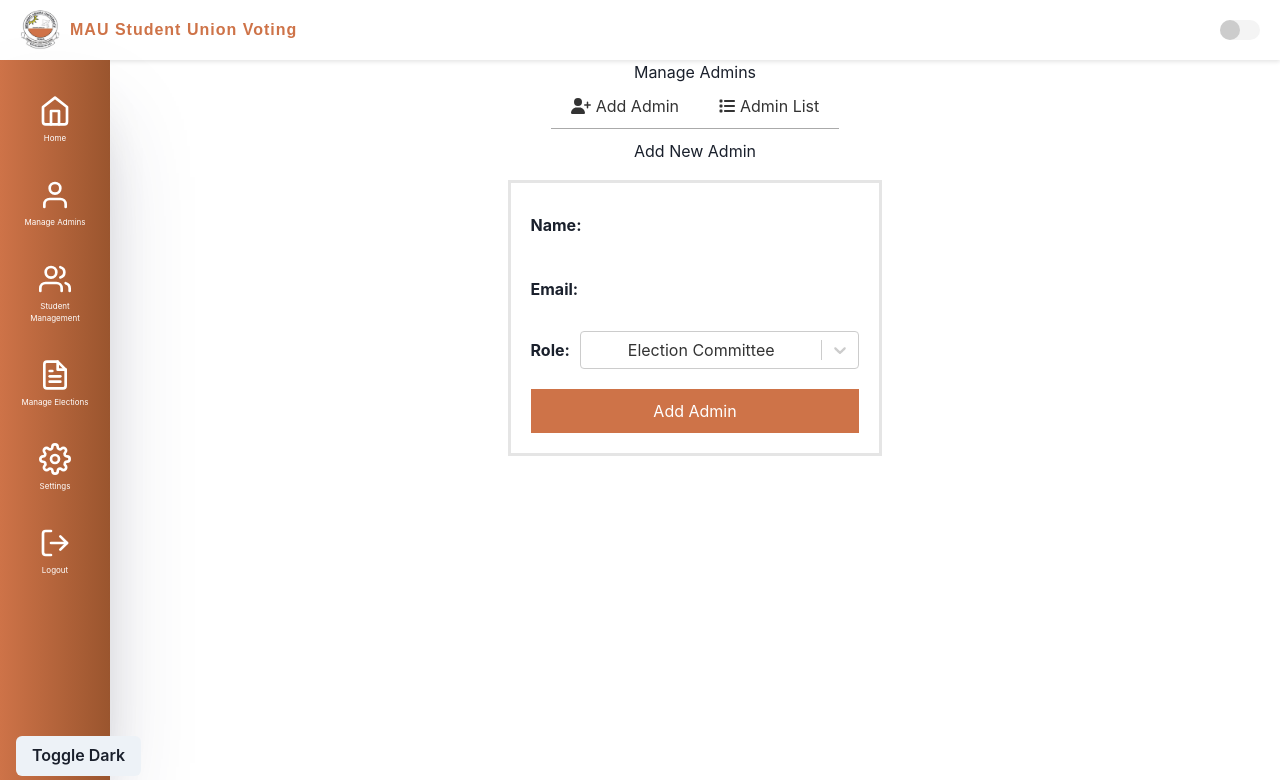
Repository: joena1o/e-vote
Page: /admin-dashboard/manage-admin
An editor plug-in stored every save of this project. The page is shown before and after the next save, followed by the edit.
The browser window is 1280 px wide. The pictures show the whole page.
The project was rebuilt for these pictures with package versions that can differ from the ones it lists, and the page was loaded fresh each time. Also part of the build but not shown: src/components/EnhancedLogin.js, src/components/maincontent/RegisterStudents/ManageStudents.js, src/components/maincontent/RegisterStudents/RegisterStudents.js, src/components/maincontent/RegisterStudents/StudentManagement.js, src/components/maincontent/ElectionResults/ViewResults.js, src/components/maincontent/Settings/Settings.js, src/api/index.js, src/components/maincontent/home/Home.styles.js and 5 more.

Above is the page before, as saved 2023-10-20 15:00:01.

After the next save:
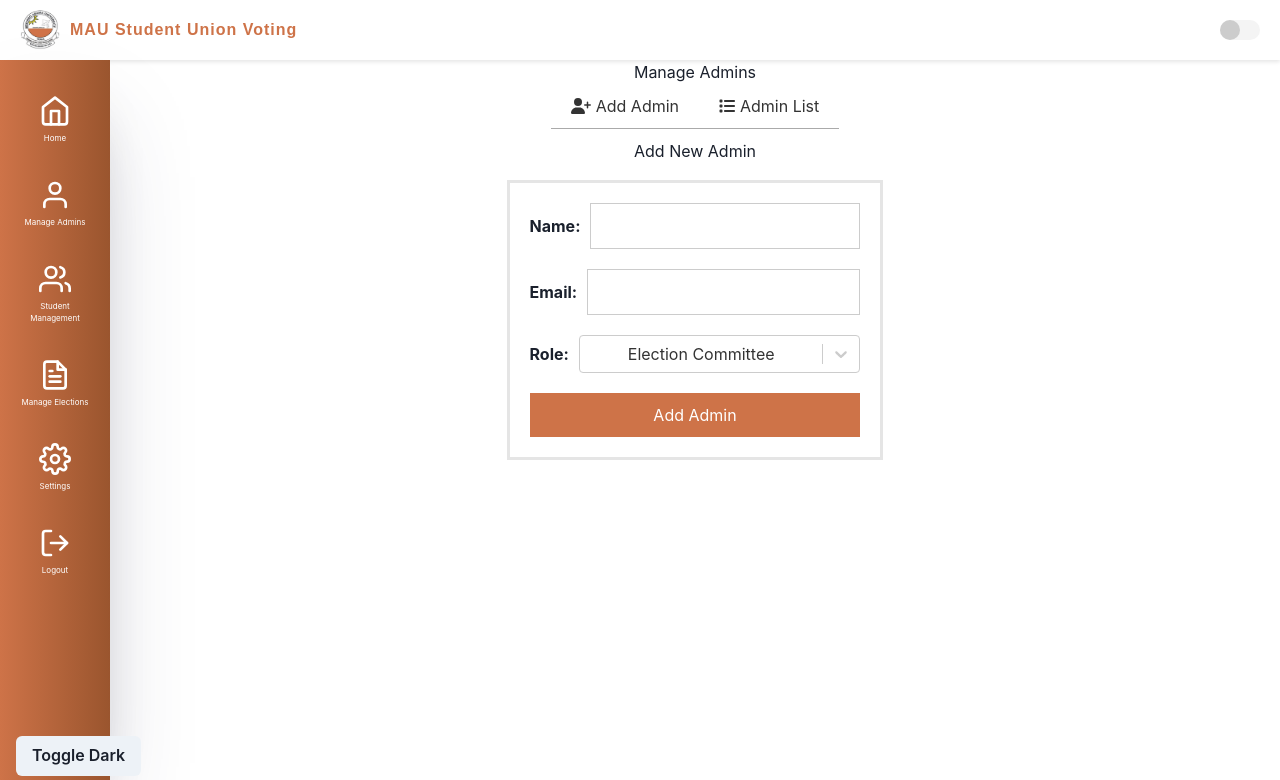
Saved 104 s later.
--- a/src/components/maincontent/ManageAdmins/AddAdmin.js
+++ b/src/components/maincontent/ManageAdmins/AddAdmin.js
@@ -52,6 +52,8 @@
 const Input = styled.input`
   flex: 1;
   padding: 10px;
+  border: 1px solid #ccc;
+  background-color: ${props => props.theme === 'dark' ? '#444' : '#fff'};
 `;
 
 const StyledSelect = styled(Select)`

After the save that followed:
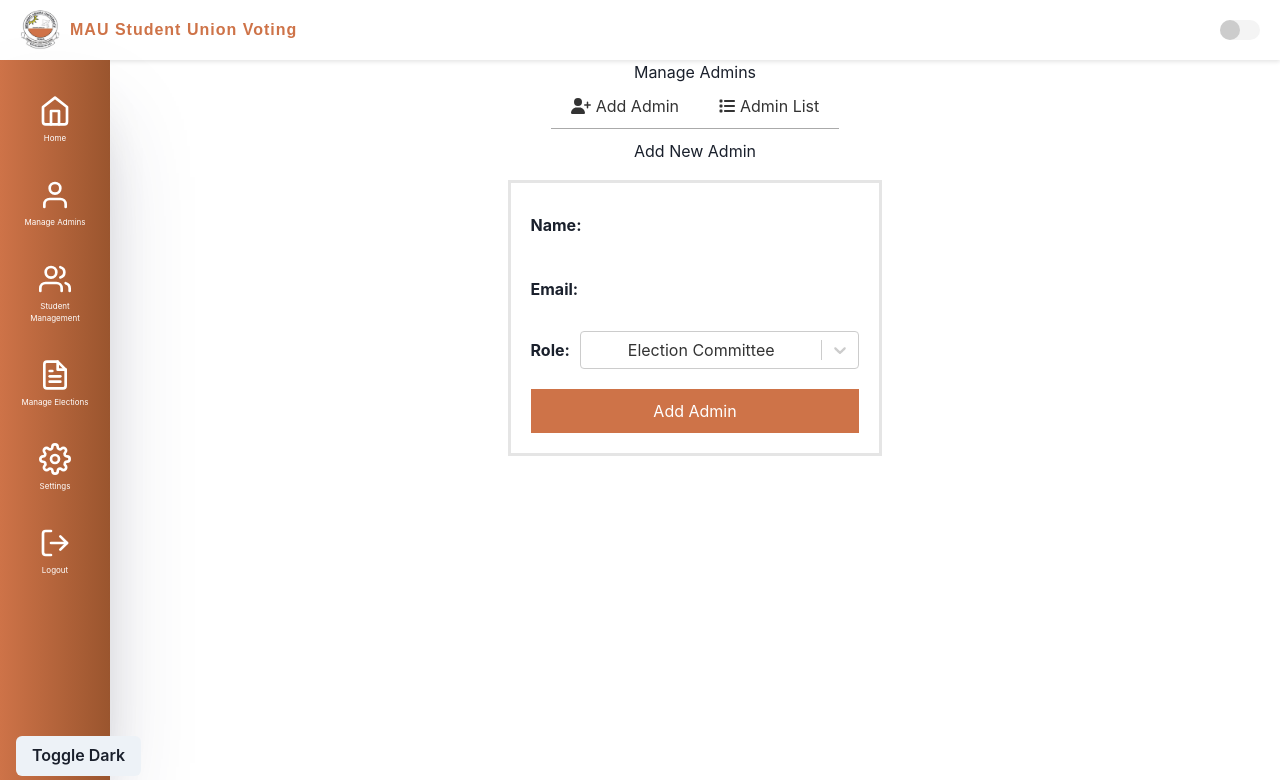
Saved 30 s later.
--- a/src/components/maincontent/ManageAdmins/AddAdmin.js
+++ b/src/components/maincontent/ManageAdmins/AddAdmin.js
@@ -52,8 +52,6 @@
 const Input = styled.input`
   flex: 1;
   padding: 10px;
-  border: 1px solid #ccc;
-  background-color: ${props => props.theme === 'dark' ? '#444' : '#fff'};
 `;
 
 const StyledSelect = styled(Select)`
